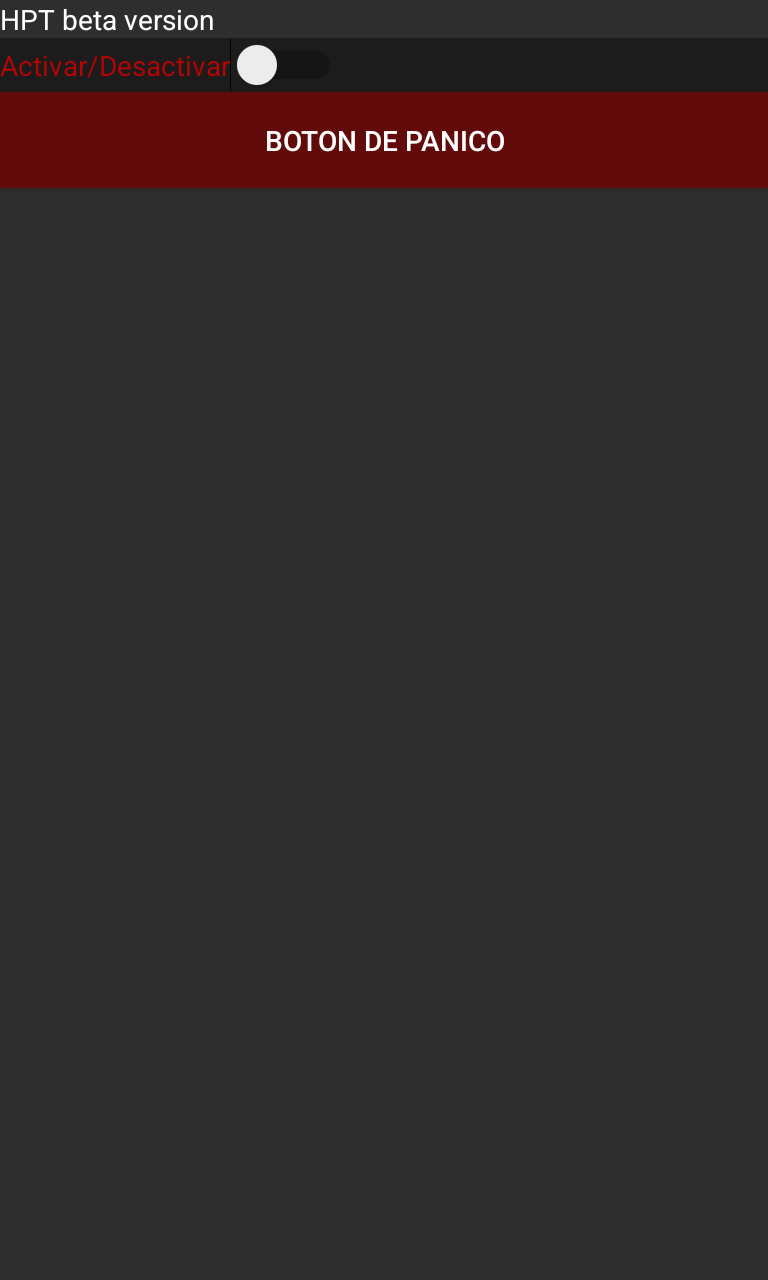
Repository: aludena18/android_apps
Layout: HunterPersonalTrack/res/layout/activity_main.xml
An editor plug-in stored every save of this project. The layout is shown before and after the next save, followed by the edit.
It is drawn on a 768 x 1280 px phone screen (xhdpi) without system bars, with theme AppTheme; the app's code is not run.

Above is the layout before, as saved 2015-10-14 20:23:06.

After the next save:
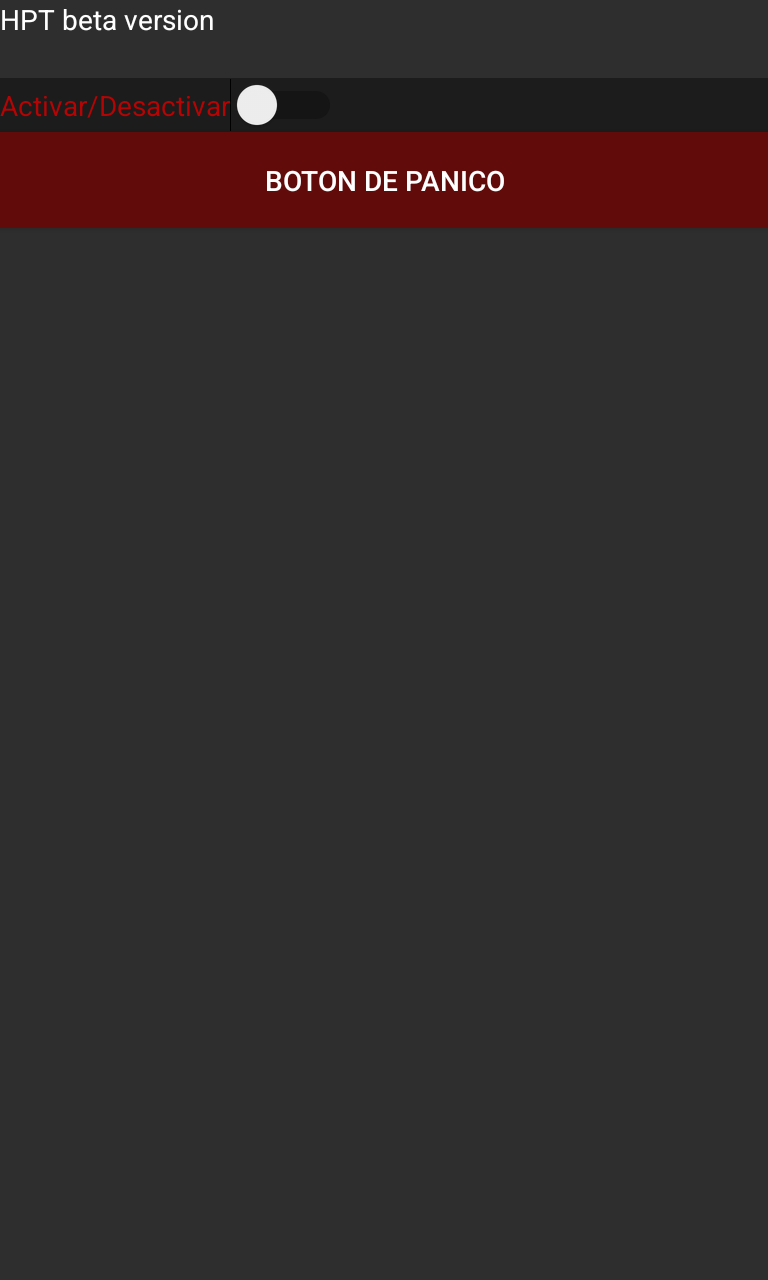
Saved 88 s later.
--- a/HunterPersonalTrack/res/layout/activity_main.xml
+++ b/HunterPersonalTrack/res/layout/activity_main.xml
@@ -9,6 +9,7 @@
     <TextView
         android:layout_width="wrap_content"
         android:layout_height="wrap_content"
+        android:layout_marginBottom="20dp"
         android:textColor="#FFFFFF"
         android:text="@string/hello_world" />
 
